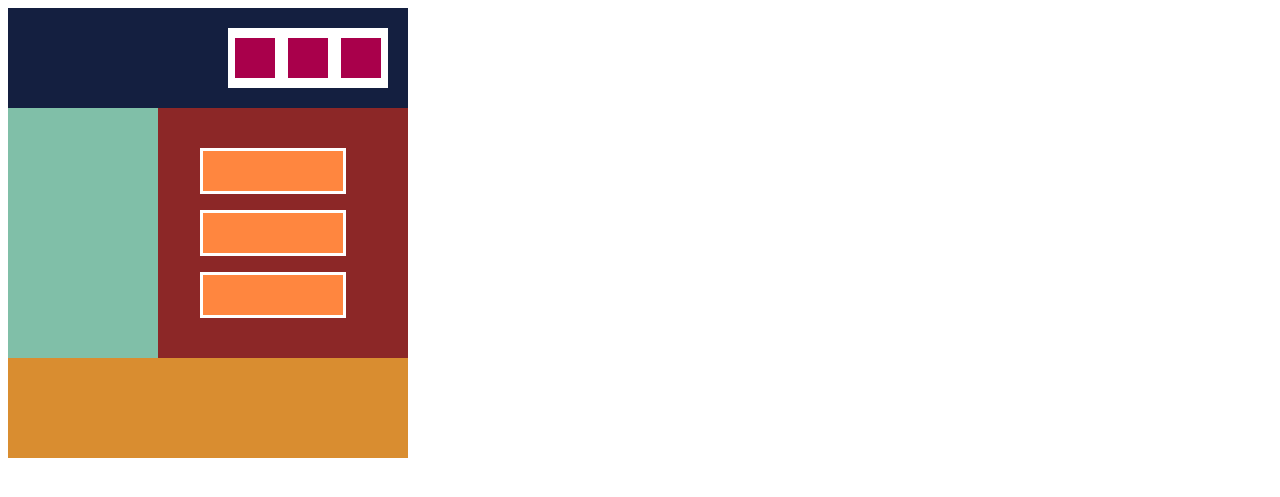
Repository: natuki-i/curriculum
Page: http://localhost/
The author's editor kept a copy of each file at every save. The page is drawn from the files as they stood at one save, then again after the next save.
The browser window is 1280 px wide. The pictures show the whole page.
The page is run by PHP 8.4 with error messages shown; the project is at /var/www/html/.

Above is the page before, as saved 2022-11-26 23:11:48.

### PHPjob/1/index.html
<!DOCTYPE html>
<html lang="en">
<head>
    <meta charset="UTF-8">
    <meta http-equiv="X-UA-Compatible" content="IE=edge">
    <meta name="viewport" content="width=device-width, initial-scale=1.0">
    <title>Document</title>
    <link rel="stylesheet" href="/css/style.css"
</head>
<body>
    <div class="header">
        <div class="h-boxs">
            <div class="h-box h-box1"></div>
            <div class="h-box h-box2"></div>
            <div class="h-box h-box3"></div>
        </div>
    </div>
    <div class="main clearfix">
        <div class="left"></div>
        <div class="right">
            <div class="mr-boxs">
                <div class="mr-box mr-box1"></div>
                <div class="mr-box mr-box2"></div>
                <div class="mr-box mr-box3"></div>
            </div>
        </div>
    </div>
    <div class="footer"></div>
</body>
</html>

### PHPjob/1/css/style.css
.header {
    width: 400px;
    height: 100px;
    background-color: #141f40;
    display: flex;
    align-items: center;
    justify-content: flex-end;
}

.h-boxs {
    width: 160px;
    height: 60px;
    margin-right: 20px;
    background-color: white;
    display: flex;
    align-items: center;
    justify-content: space-around;
}

.h-box {
    width: 40px;
    height: 40px;
    background-color: #a9004b;
}

.main {
    display: flex;
}

.left {
    width: 150px;
    height: 250px;
    background-color: #80bfa8;
}

.right {
    width: 250px;
    height: 250px;
    background-color: #8c2727;
    display: flex;
    /* align-items: center; */
    justify-content: flex-start;
}

.mr-boxs {
    width: 150px;
    height: 170px;
    margin: 40px 60px 40px 40px;
    display: flex;
    align-items: center;
    flex-direction: column;
    justify-content: space-between;
}

.mr-box {
    width: 140px;
    height: 40px;
    background-color: #ff863f;
    border-width: 3px;
    border-style: solid;
    border-color: white;
}

.footer {
    width: 400px;
    height: 100px;
    background-color: #d98d30;
}

@media screen and (max-width: 479px) {
/* スマホ向けスタイル */

.header {
    width: 200px;
    height: 200px;
}

.main {
    width: 200px;
    height: 300px;
    flex-direction: column;
}

.left {
    width: 200px;
    height: 100px;
    background-color: #80bfa8;
}

.right {
    width: 200px;
    height: 210px;
    background-color: #8c2727;
    display: flex;
    /* align-items: center; */
    justify-content: flex-start;
}

.mr-boxs {
    width: 150px;
    height: 170px;
    margin: 20px 30px;
    display: flex;
    align-items: center;
    flex-direction: column;
    justify-content: space-between;
}

}

After the next save:
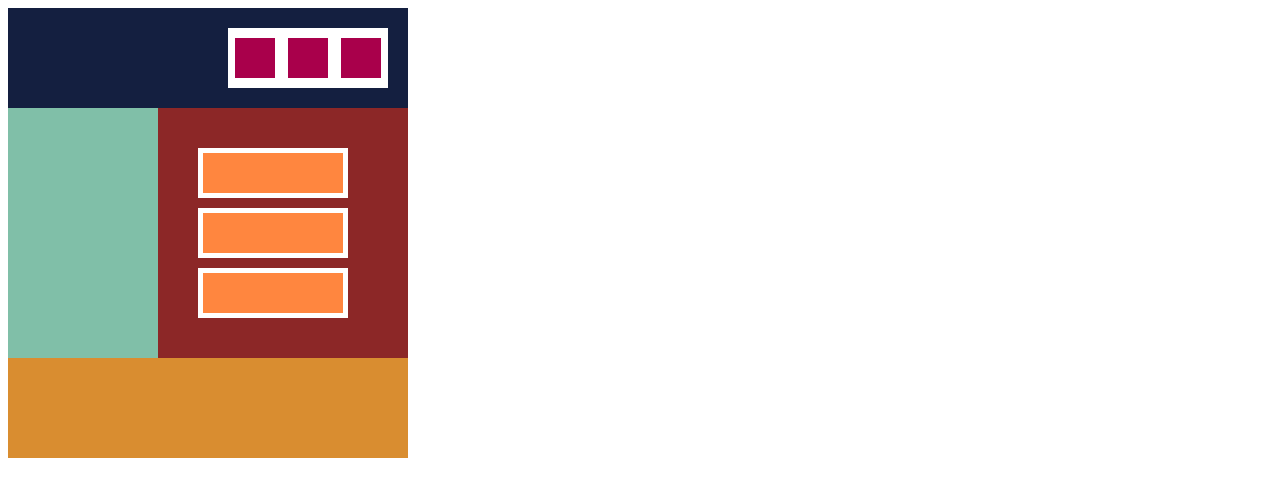
Saved 99 s later.
--- a/PHPjob/1/css/style.css
+++ b/PHPjob/1/css/style.css
@@ -56,7 +56,7 @@
     width: 140px;
     height: 40px;
     background-color: #ff863f;
-    border-width: 3px;
+    border-width: thick;
     border-style: solid;
     border-color: white;
 }
